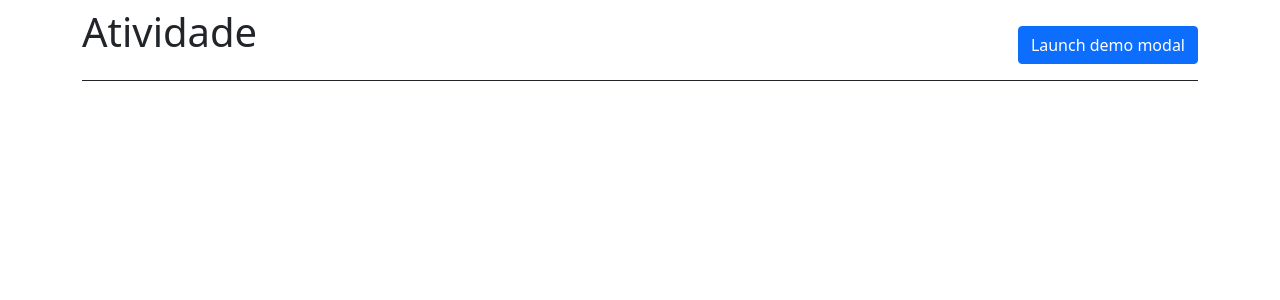
Repository: faribeiro/react-dotnetcore-efcore
Page: / (app in front/pro-atividade-app/)
An editor plug-in stored every save of this project. The page is shown before and after the next save, followed by the edit.
The browser window is 1280 px wide. The pictures show the whole page.
The page's requests for data from a server got no answer. The project was rebuilt for these pictures with package versions that can differ from the ones it lists, and the page was loaded fresh each time. No one was signed in, and anything a server would have sent is missing. Also part of the build but not shown: front/pro-atividade-app/src/components/AtividadeForm.js, front/pro-atividade-app/src/components/Atividade.js.

Above is the page before, as saved 2023-10-24 15:16:44.

### front/pro-atividade-app/src/index.js
import React from 'react';
import ReactDOM from 'react-dom/client';
import './index.css';
import 'bootstrap/dist/css/bootstrap.min.css';
import App from './App';


const root = ReactDOM.createRoot(document.getElementById('root'));
root.render(
  <div className='container'>
    <App />

  </div>
);

// If you want to start measuring performance in your app, pass a function
// to log results (for example: reportWebVitals(console.log))
// or send to an analytics endpoint. Learn more: https://bit.ly/CRA-vitals

### front/pro-atividade-app/src/index.css
@import url('../node_modules/@fortawesome/fontawesome-free/css/all.min.css');

### front/pro-atividade-app/src/App.js
import {useEffect, useState} from 'react';
import './App.css';
import { Button, Modal } from 'react-bootstrap';
import AtividadeForm from './components/AtividadeForm';
import AtividadeLista from './components/AtividadeLista';
import api from './api/atividade';

function App() {
  const [show, setShow] = useState(false);
  const [atividades, setAtividades] = useState([])
  const [atividade, setAtividade] = useState({id:0})

  const handleClose = () => setShow(false);
  const handleShow = () => setShow(true);

  const pegaTodasAtividades = async () => {
    const response = await api.get('atividade');
    return response.data;
  }

  useEffect(() => {
    //atividades.length <= 0 ? setIndex(1) :
    //setIndex(Math.max.apply( Math, atividades.map((item) => item.id)) + 1)
    const getAtividades = async () => {
      const todasAtividades = await pegaTodasAtividades()
      if (todasAtividades) setAtividades(todasAtividades)
    }
    getAtividades();
  },[])

   const addAtividade = async (ativ) => {
    const response = await api.post('atividade', ativ)
    console.log(response.data)
    setAtividades([ ...atividades, response.data])
  }

  function cancelarAtividade() {
    setAtividade({id: 0})
  }

  const atualizarAtividade = async (ativ) => {
    const response = await api.put(`atividade/${ativ.id}`, ativ)
    const {id} = response.data
    setAtividades(
      atividades.map((item) => (item.id === id ? response.data : item ))
    )
    setAtividade({id: 0})
  }

  const deletarAtividade = async (id) => {
    if (await api.delete(`atividade/${id}`))
    {
      const atividadesFiltradas = atividades.filter(atividade => atividade.id !== id)
          setAtividades([...atividadesFiltradas])
    }
  }

  function pegarAtividade(id) {
    const atividade = atividades.filter(atividade => atividade.id === id)
    setAtividade(atividade[0])
  }

  return (
    <>
      <div className="d-flex justify-content-between align-items-end mt-2 pb-3 border-bottom border-dark">
        <h1>Atividade {atividade.id !== 0 ? atividade.id : ''}</h1>
        <Button variant="primary" onClick={handleShow}>
          Launch demo modal
        </Button>
      </div>

      <AtividadeLista
        atividades={atividades}
        deletarAtividade={deletarAtividade}
        pegarAtividade={pegarAtividade}
      />

      <Modal show={show} onHide={handleClose}>
        <Modal.Header closeButton>
          <Modal.Title>Modal heading</Modal.Title>
        </Modal.Header>
        <Modal.Body>
          <AtividadeForm
            addAtividade={addAtividade}
            cancelarAtividade={cancelarAtividade}
            atualizarAtividade={atualizarAtividade}
            ativSelecionada={atividade}
            atividades={atividades}
          />
        </Modal.Body>
      </Modal>

    </>

  );
}

export default App;

### front/pro-atividade-app/src/components/AtividadeLista.js
import React from 'react'
import Atividade from './Atividade'

export default function AtividadeLista(props) {
  return (
    <div className="mt-3">
          {props.atividades.map(ativ => (
            <Atividade
              key={ativ.id}
              ativ={ativ}
              deletarAtividade={props.deletarAtividade}
              pegarAtividade={props.pegarAtividade}
            />
          ))}
        </div>
  )
}

### front/pro-atividade-app/src/api/atividade.js
import axios from 'axios';

export default axios.create({
    baseURL: 'http://localhost:5000/api/',
})

Loaded but not shown: front/pro-atividade-app/public/index.html (common file); front/pro-atividade-app/src/App.css (no stored copy; drawn as an empty file)

After the next save:
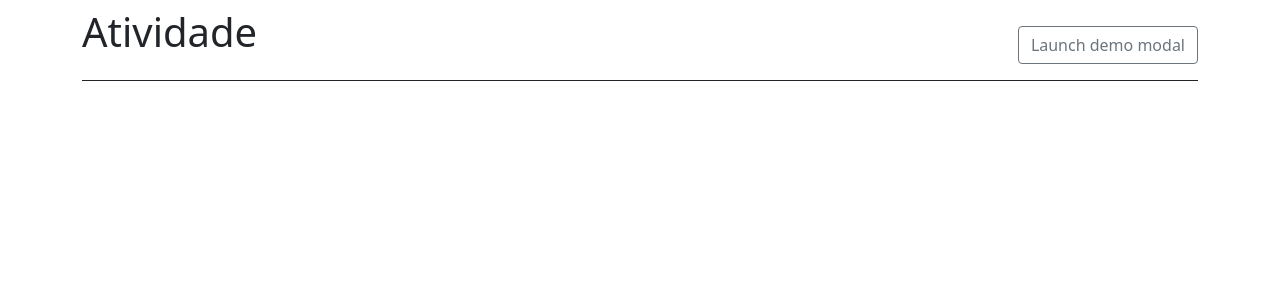
Saved 67 s later.
--- a/front/pro-atividade-app/src/App.js
+++ b/front/pro-atividade-app/src/App.js
@@ -64,7 +64,7 @@ function App() {
     <>
       <div className="d-flex justify-content-between align-items-end mt-2 pb-3 border-bottom border-dark">
         <h1>Atividade {atividade.id !== 0 ? atividade.id : ''}</h1>
-        <Button variant="primary" onClick={handleShow}>
+        <Button variant="outline-secondary" onClick={handleShow}>
           Launch demo modal
         </Button>
       </div>
